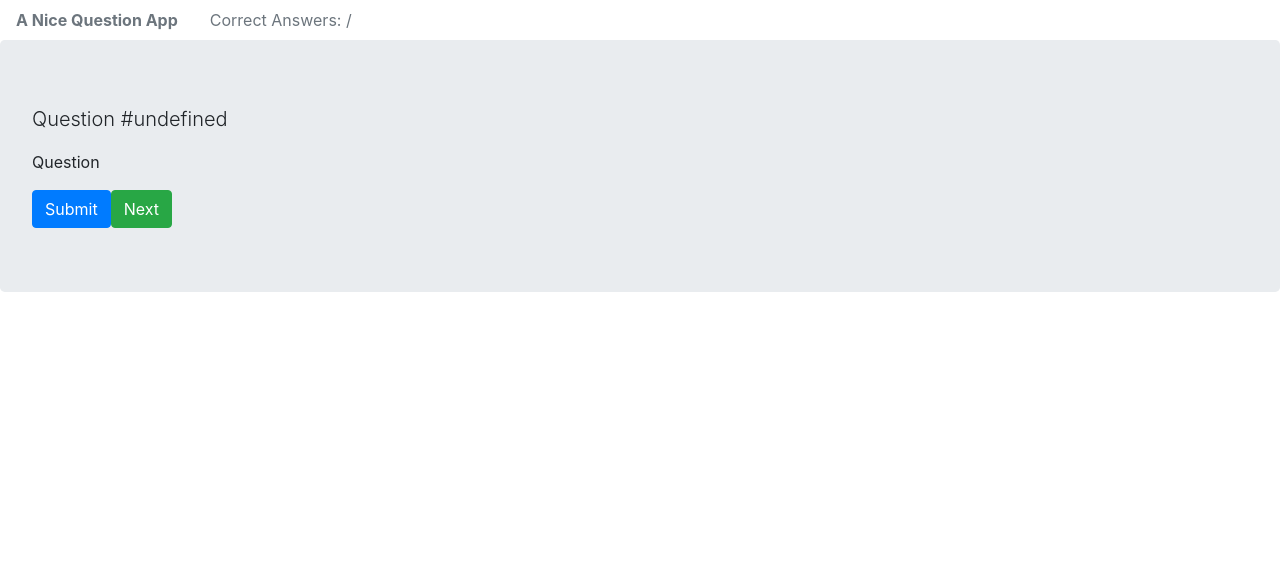
Repository: giovanicascaes/vue-quiz-app
Page: /
The author's editor kept a copy of each file at every save. The page is drawn from the files as they stood at one save, then again after the next save.
The browser window is 1280 px wide. The pictures show the whole page.
The project was rebuilt for these pictures with package versions that can differ from the ones it lists, and the page was loaded fresh each time. Also part of the build but not shown: vue.config.js.

Above is the page before, as saved 2019-04-12 22:13:33.

After the next save:
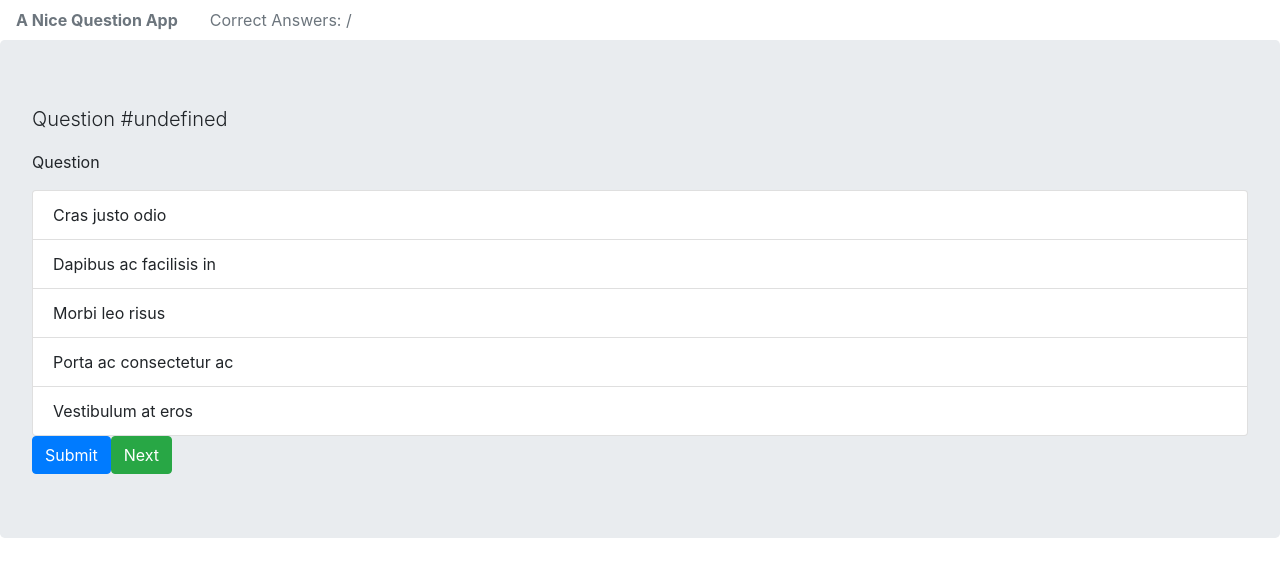
Saved 31 s later.
--- a/src/components/Questions.vue
+++ b/src/components/Questions.vue
@@ -1,7 +1,13 @@
 <template>
   <b-jumbotron :lead="'Question #' + currentQuestionNumber">
     <p>Question</p>
-
+    <b-list-group>
+    <b-list-group-item>Cras justo odio</b-list-group-item>
+    <b-list-group-item>Dapibus ac facilisis in</b-list-group-item>
+    <b-list-group-item>Morbi leo risus</b-list-group-item>
+    <b-list-group-item>Porta ac consectetur ac</b-list-group-item>
+    <b-list-group-item>Vestibulum at eros</b-list-group-item>
+    </b-list-group>
     <b-button variant="primary" href="#">Submit</b-button>
     <b-button variant="success" href="#">Next</b-button>
   </b-jumbotron>
